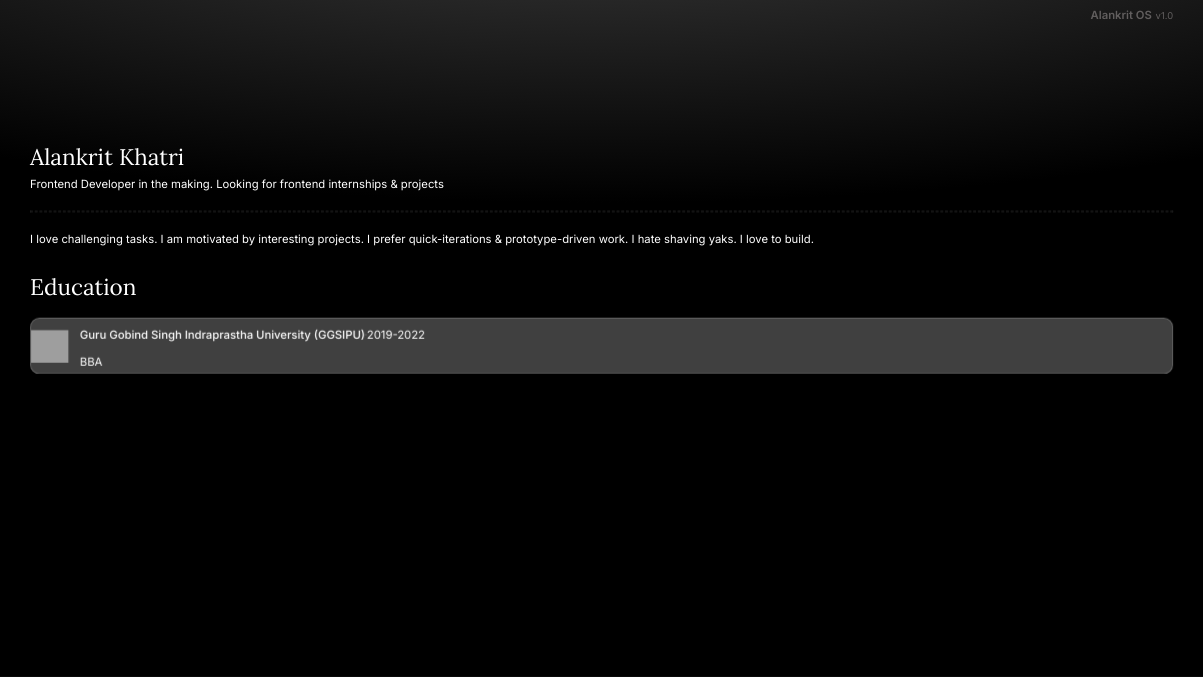
Repository: alankritkhatri/alankrit.xyz
Page: /
These files come from the project's save history. The page is drawn as it stood at one moment and after the next save; the edit follows.
The browser window is 1280 px wide. The pictures show the whole page, at 94% of full size.
Pictures or frames that could not be fetched are drawn as grey boxes. The project was rebuilt for these pictures with package versions that can differ from the ones it lists, and the page was loaded fresh each time. Also part of the build but not shown: vite.config.js, src/blog.jsx.

Above is the page before, as saved 2024-08-11 20:53:10.

### index.html
<!DOCTYPE html>
<html lang="en">
  <head>
    <meta charset="UTF-8" />

    <link rel="icon" type="image/svg+xml" href="/vite.svg" />
    <link rel="preconnect" href="https://fonts.googleapis.com" />
    <link rel="preconnect" href="https://fonts.gstatic.com" crossorigin />
    <link
      href="https://fonts.googleapis.com/css2?family=Inter:wght@100..900&display=swap"
      rel="stylesheet"
    />

    <link
      href="https://fonts.googleapis.com/css2?family=Lora:ital,wght@0,400..700;1,400..700&display=swap"
      rel="stylesheet"
    />
    <!-- Linkedin link -->
    <script
      src="https://platform.linkedin.com/badges/js/profile.js"
      async
      defer
      type="text/javascript"
    ></script>
<meta name="viewport" content="width=device-width, initial-scale=1.0">
    <title>AlankritOS</title>
  </head>
  <body>
    <div id="root"></div>
    <script type="module" src="/src/main.jsx"></script>
  </body>
</html>

### src/App.jsx
import "./App.css";
import { BrowserRouter as Router, Routes, Route, Link } from "react-router-dom";
import Blog from "./blog";
import Home from "./pages/Home/Home";
const App = () => {
  return (
    <div className="main">
      <Router>
        <Link to="/">
          <div className="logo">
            <h1>Alankrit OS</h1>
            <span>v1.0</span>
          </div>
        </Link>
        <Routes>
          <Route path="/" element={<Home />} />
          <Route path="blog" element={<Blog />} />
        </Routes>
      </Router>
    </div>
  );
};

export default App;

### src/App.css
* {
  margin: 0px;
  padding: 0px;
  box-sizing: border-box;
  font-family: Inter, Haettenschweiler, "Arial Narrow Bold", sans-serif;
}

body,html{
  min-height: 100vh;
background: radial-gradient(100% 50% at 50% -20%, #404040, #000000);
  background-repeat: no-repeat;
}
.main {



  h1 {
    line-height: 32px;
  }
  h2 {
    line-height: 24px;
  }
  h3 {
    line-height: 16px;
  }
  p {
    line-height: 24px;
  }
  color: white;

  padding: 0px 32px;
  a {
    text-decoration: none;
  }
  .logo {
    color: rgba(126, 121, 121, 0.726);
    display: flex;
    align-items: center;
    justify-content: flex-end;
    gap: 4px;

    font-family: monospace;
    animation: flicker 2s infinite;
    h1 {
      font-size: 12px;
      font-weight: 600;
    }
    span {
      font-size: 10px;
      font-weight: 400;
    }
  }
}
/* logo flickr animation */
@keyframes flicker {
  0% {
    opacity: 0;
  }
  9% {
    opacity: 0;
  }
  10% {
    opacity: 0.5;
  }
  13% {
    opacity: 0;
  }
  20% {
    opacity: 0.5;
  }
  25% {
    opacity: 1;
  }
}
@media only screen and (max-width: 600px) {
    body {
        background-color: rgb(255, 188, 3);
    }
}

### src/pages/Home/Home.jsx
import Infosection from "../../components/Info-Section/Infosection.jsx";
import "./Home.css";
import data from "../../alankrit_data/data.json";
const Home = () => {
  return (
    <div className="home">
      <div
        className="badge-base LI-profile-badge"
        data-locale="en_US"
        data-size="medium"
        data-theme="dark"
        data-type="VERTICAL"
        data-vanity="alankrit-khatri"
        data-version="v1"
      >
        {" "}
        </div>

      <div className="about-section">
        <h1 className="name">Alankrit Khatri</h1>
        <p>
          Frontend Developer in the making. Looking for frontend internships &
          projects
        </p>
        <div className="dashed-line"></div>
        <p>
          I love challenging tasks. I am motivated by interesting projects. I
          prefer quick-iterations & prototype-driven work. I hate shaving yaks.
          I love to build.
        </p>
      </div>
      <div className="education-section">
        <h1>Education</h1>
        <Infosection {...data} />

        {console.log(data)}
      </div>
    </div>
  );
};

export default Home;

### src/components/Info-Section/Infosection.jsx
import "./infoSection.css";
const Infosection = (props) => {
  return (
    <>
      <div className="infosection-details">
        <img
          src={props[0].educationDetails.bachelors.logo}
          alt=""
          style={{ width: "40px", height: "35px" }}
        />
        <div className=" infosection-info">
          <div className="infosection-info-top ">
            <h2 style={{ opacity: "1", fontWeight: "500" }}>
              {props[0].educationDetails.bachelors.schoolName}
            </h2>
            <div className="dashed-line"></div>
            <h2> {props[0].educationDetails.bachelors.schoolYears} </h2>
          </div>

          <div className="infosection-info-bottom">
            <h2> {props[0].educationDetails.bachelors.course}</h2>
          </div>
        </div>
      </div>
    </>
  );
};

export default Infosection;

### src/pages/Home/Home.css
.home {
  margin: 96px 0px;
  display: flex;
  flex-direction: column;
  gap: 24px;
  /* dashed line  */
  .dashed-line {
    margin: 16px 0px;
    opacity: 0.1;
    border-width: 1px;
    border-style: dashed;
    color: rgb(255 255 255);
  }
  .hide {
    display: none;
  }
  h1 {
    font-family: "Lora", serif;
    font-size: 24px;
    font-weight: 400;
  }
  h2 {
    font-size: 12px;
    font-style: normal;
    font-weight: 400;
  }
  h3 {
    font-size: 10px;
    font-style: normal;
    font-weight: 300;
  }
  p {
    font-size: 12px;
  }
  .about-section {
    display: flex;
    flex-direction: column;
    .name {
      line-height: 32px;
    }
  }
}

### src/alankrit_data/data.json
[
  {
    "educationDetails": {
      "className": "education-details",
      "bachelors": {
        "schoolName": "Guru Gobind Singh Indraprastha University (GGSIPU)",
        "schoolYears": "2019-2022",
        "course": "BBA",
        "logo": "https://encrypted-tbn0.gstatic.com/images?q=tbn:ANd9GcRM9GNTFenU_T9caTwA63o86iaVHMnf9eeEPw&s"
      },
      "masters": {
        "schoolName": "Guru Gobind Singh Indraprastha University (GGSIPU)",
        "schoolYears": "2019-2022",
        "logo": "https://encrypted-tbn0.gstatic.com/images?q=tbn:ANd9GcRM9GNTFenU_T9caTwA63o86iaVHMnf9eeEPw&s"
      }
    }
  }
]

### src/components/Info-Section/infoSection.css
.infosection-details {
  background: rgba(255, 255, 255, 0.25);
  -webkit-backdrop-filter: blur(4px);
  border-radius: 10px;
  border: 1px solid rgba(255, 255, 255, 0.18);
  backdrop-filter: blur(10px);
  backdrop-filter: saturate(180%) blur(10px);
  display: flex;
  align-items: center;
  gap: 12px;
  margin: 16px 0px;

  .infosection {
    width: 100%;
    min-width: 80%;
    * {
      line-height: 16px;
    }
    h3 {
      letter-spacing: -0.26px;
      opacity: 0.5;
    }
    h2 {
      opacity: 0.5;
    }
  }
  .infosection-info-top {
    display: flex;
    justify-content: space-between;
    align-items: center;
  }
}

Loaded but not shown: src/main.jsx (common file)

After the next save:
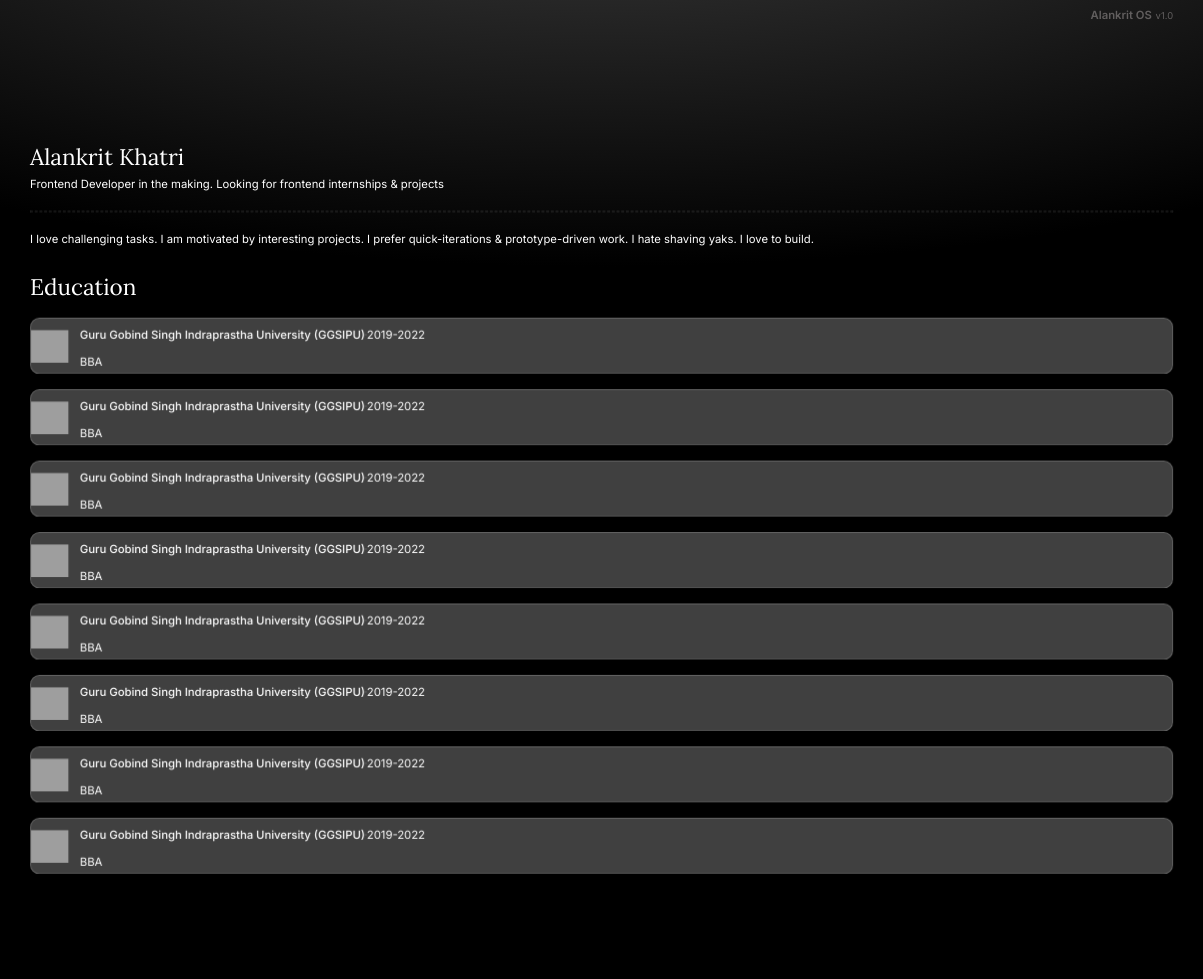
Saved 10 min 5 s later.
--- a/src/pages/Home/Home.jsx
+++ b/src/pages/Home/Home.jsx
@@ -32,6 +32,13 @@
       <div className="education-section">
         <h1>Education</h1>
         <Infosection {...data} />
+        <Infosection {...data} />
+        <Infosection {...data} />
+        <Infosection {...data} />
+        <Infosection {...data} />
+        <Infosection {...data} />
+        <Infosection {...data} />
+        <Infosection {...data} />
 
         {console.log(data)}
       </div>

After the 2 saves that followed:
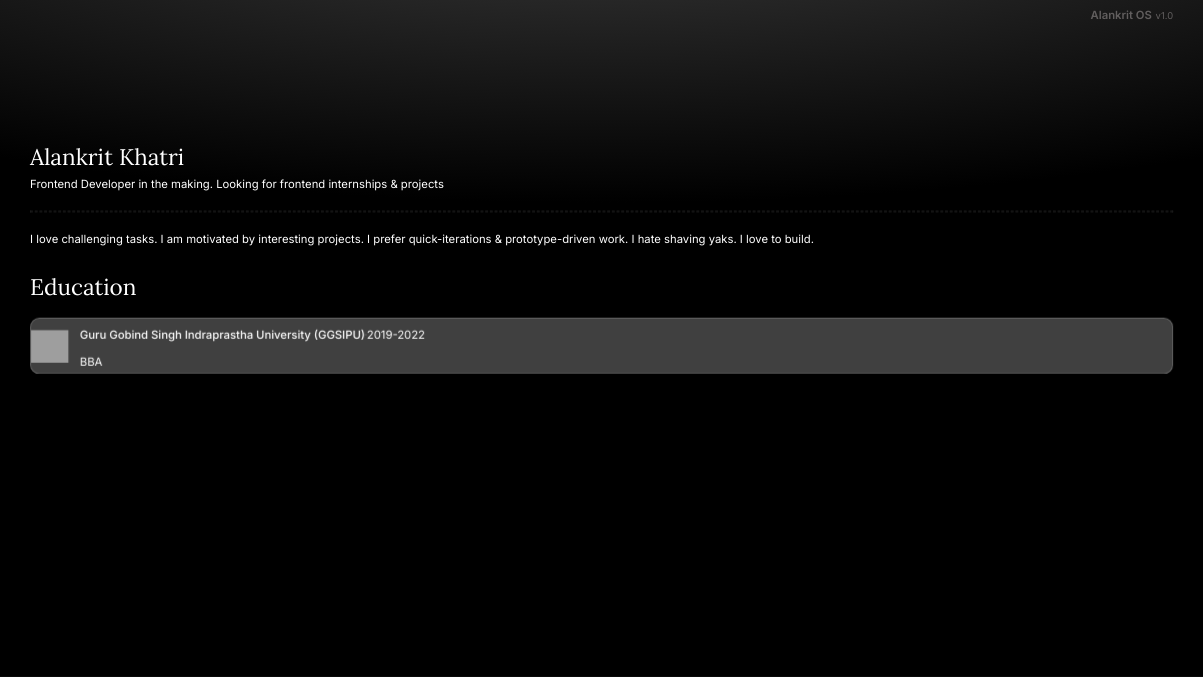
The 2 saves are shown as one change because they came seconds apart.
The last was saved 9 s later.
--- a/src/pages/Home/Home.jsx
+++ b/src/pages/Home/Home.jsx
@@ -32,13 +32,6 @@
       <div className="education-section">
         <h1>Education</h1>
         <Infosection {...data} />
-        <Infosection {...data} />
-        <Infosection {...data} />
-        <Infosection {...data} />
-        <Infosection {...data} />
-        <Infosection {...data} />
-        <Infosection {...data} />
-        <Infosection {...data} />
 
         {console.log(data)}
       </div>
